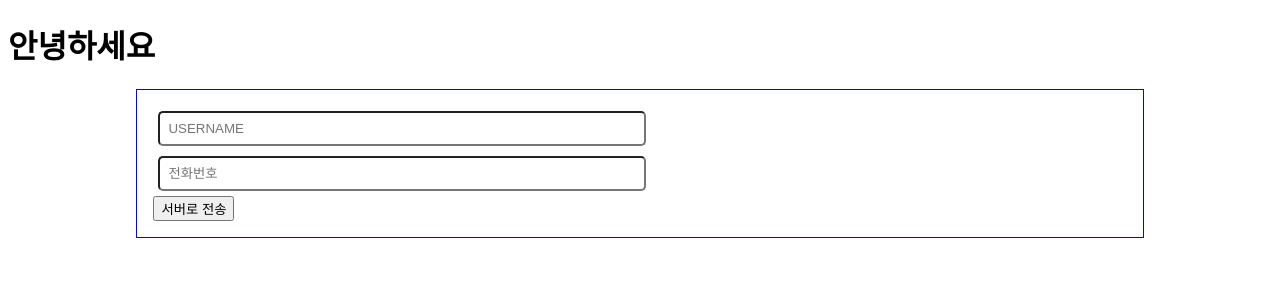
Repository: witchbroom/Biz_Spring_2022_505
Page: http://localhost/SpMVC_003_SchoolV4/
The author's editor kept a copy of each file at every save. The page is drawn from the files as they stood at one save, then again after the next save.
The browser window is 1280 px wide. The pictures show the whole page.
The page is served by Tomcat 9. Other server files are loaded and not shown.

Above is the page before, as saved 2022-05-03 05:06:16.

### SpMVC_003_SchoolV4/src/main/webapp/WEB-INF/views/home.jsp
<%@ page language="java" contentType="text/html; charset=UTF-8"
	pageEncoding="UTF-8"%>
<%@ taglib uri="http://java.sun.com/jsp/jstl/core" prefix="c"%>
<c:set value="${pageContext.request.contextPath}" var="rootPath" />
<!DOCTYPE html>
<html>
<head>
<meta charset="UTF-8">
<title>Insert title here</title>
<style>
form {
	width: 80%;
	margin: 20px auto;
}

fieldset {
	border: 1px solid blue;
	padding: 1rem;
}

form div {
	width: 80%;
}
form label, form input{
display:inline-block;
padding:8px;
margin:5px;
}
form label{
width:30%;
text-align:left;
}
form input{
width:60%;
border-radius:5px;
}
</style>
</head>
<body>
	<h1>안녕하세요</h1>
	<form method="POST">
		<fieldset>
			<div>
				<input name="username" placeholder="USERNAME">
			</div>
			<div>
				<input name="tel" placeholder="전화번호">
			</div>
			<button>서버로 전송</button>
		</fieldset>
	</form>
</body>
</html>

After the next save:
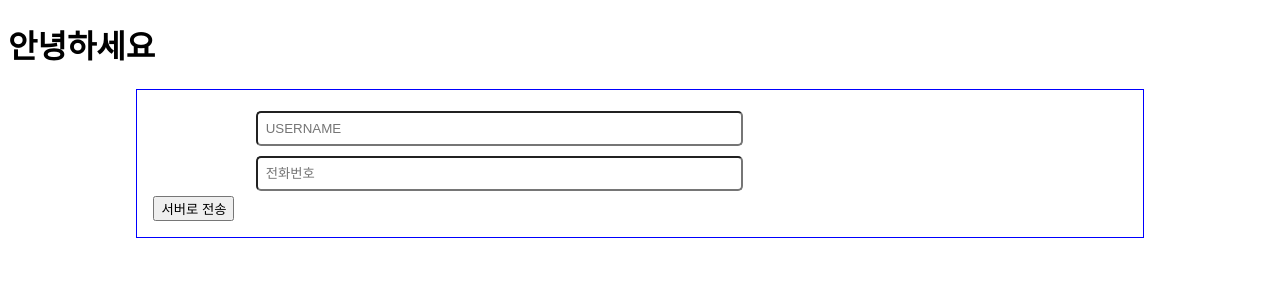
Saved 61 s later.
--- a/SpMVC_003_SchoolV4/src/main/webapp/WEB-INF/views/home.jsp
+++ b/SpMVC_003_SchoolV4/src/main/webapp/WEB-INF/views/home.jsp
@@ -20,6 +20,7 @@ fieldset {
 
 form div {
 	width: 80%;
+	margin:0px auto;
 }
 form label, form input{
 display:inline-block;
